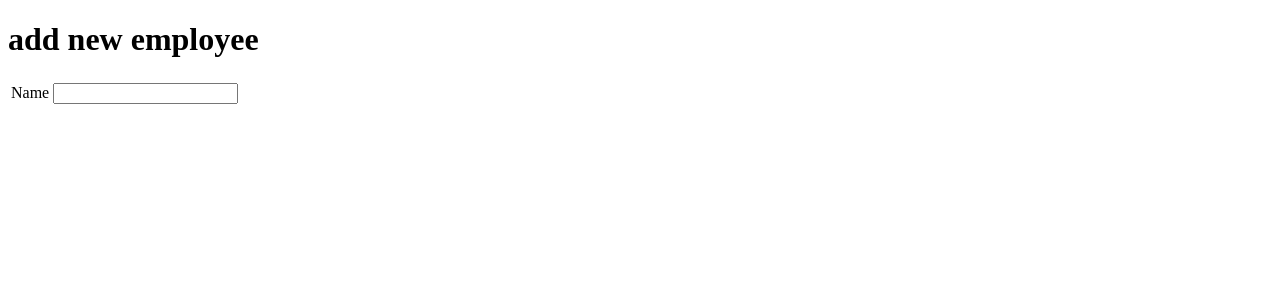
Repository: zeeshan495/AdvanceJava
Page: CrudServlets/WebContent/index.html
These files come from the project's save history. The page is drawn as it stood at one moment and after the next save; the edit follows.
The browser window is 1280 px wide. The pictures show the whole page.

Above is the page before, as saved 2018-06-28 09:33:39.

### CrudServlets/WebContent/index.html
<!Doctype html>
<html>
<head>
<meta charset="UTF-8">
<title>Employees Details</title>
</head>
<body>
<h1>add new employee</h1>
<form action="saveServlet" method="post">
<table>
<tr><td>Name</td><td><input type="text" name="name"></td></tr>
</table>
</form>
</body>
</html>

After the next save:
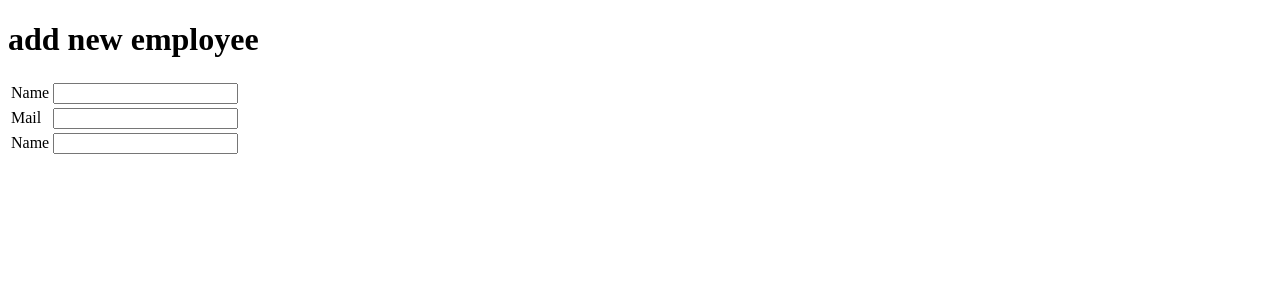
Saved 48 s later.
--- a/CrudServlets/WebContent/index.html
+++ b/CrudServlets/WebContent/index.html
@@ -9,6 +9,8 @@
 <form action="saveServlet" method="post">
 <table>
 <tr><td>Name</td><td><input type="text" name="name"></td></tr>
+<tr><td>Mail</td><td><input type="email" name="name"></td></tr>
+<tr><td>Name</td><td><input type="password" name="name"></td></tr>
 </table>
 </form>
 </body>
